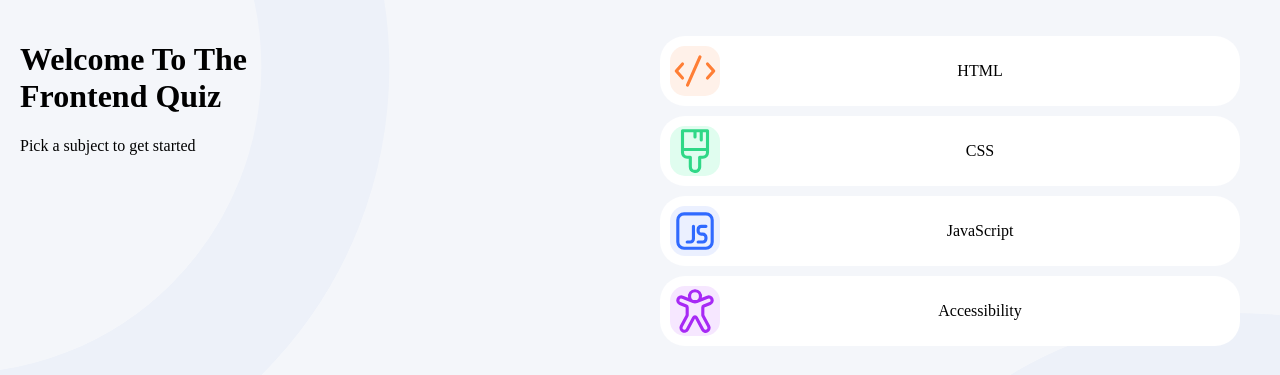
Repository: Daniel054311/Quiz-app-V1
Page: index.html
An editor plug-in stored every save of this project. The page is shown before and after the next save, followed by the edit.
The browser window is 1280 px wide. The pictures show the whole page.

Above is the page before, as saved 2024-01-28 15:39:00.

### index.html
<!DOCTYPE html>
<html lang="en">
<head>
    <meta charset="UTF-8">
    <meta name="viewport" content="width=device-width, initial-scale=1.0">
    <title>Document</title>
    <link rel="stylesheet" type="text/css" href="./asset/css/index.css">
</head>
<body>
    <div class="parent-container">
        <div class="left-container">
         <h1>Welcome To The <br><b>Frontend Quiz</b></h1>
         <p>Pick a subject to get started</p>

        </div>
        <div class="right-container">
            <div class="navigation">
                <ul>
                  <li class="image-item">
                    <img class="image" src="./asset/images/icon-html.svg" alt="" style="background-color: #fff1E9">
                <div class="content"><a href="#html">HTML</a></div>
                </li>
                  <li class="image-item">
                    <img class= "image" src="./asset/images/icon-css.svg"  alt="" style="background-color: #E0FDEF">
                <div class="content"><a href="#css">CSS</a></div>
                </li>
                  <li class="image-item">
                    <img class= "image" src="./asset/images/icon-js.svg" alt="" style="background-color: #EBF0FF">
                <div class="content"><a href="#javascript">JavaScript</a></div>
                </li>
                  <li class="image-item">
                    <img class= "image" src="./asset/images/icon-accessibility.svg" alt="" style= "background-color: #F6E7FF">
                    <div class="content"><a href="#accessibility">Accessibility</a></div>
                </li>
                </ul>
              </div>
        </div>









    </div>

</body>
</html>

### asset/css/index.css
body {
    margin: 0;
    display: flex;
    align-items: center;
    justify-content: center;
    height: 100vh;
  }

  .parent-container {
    display: flex;
    flex-direction:row;
    width: 100%;
    height:100%;
    background-image:url("../images/pattern-background-desktop-light.svg");
    background-size: cover;
    background-color:#f4f6fA;

  }

  .left-container {
    flex: 1;
    padding: 20px;
    text-align:left;/* Add a border between left and right containers */
  }

  .right-container {
    flex: 1;
    padding: 20px;
    text-align:right;
    display:flex;
    flex-direction:column;
  }

  .navigation ul {
    list-style: none;
    padding: 0;
    display: flex;
    flex-direction: column;
  }

  .navigation li {
    margin-right: 20px;
    margin-bottom: 10px;
    text-align: center;

     /* Add space between buttons */
  }

  .navigation a {
    display: block;
    padding: 10px;
    text-decoration: none;
    color: #000000;
    background-color: #ffffff;
    border: 1px solid #ffffff;
    border-radius: 5px;
  }

.image-item {
    display: flex;
    align-items: center;
    margin-bottom: 10px; /* Add spacing between items */
    padding: 10px;
    background-color:#ffffff;
    border-radius: 25px;
  }

  .image {
    width: 50px;
    height: 50px;
    border-radius:15px;
    margin-right: 5px;

  }

  .content {
    flex: 1;
    margin-left: 5px; /* Allow content to fill remaining space */
  }



  /* .header.h1 {
    text-align: center;
    font-weight: 500;
    font-size:25px;

  }
   */
  /* .user-controls {
    /* Add styles for user controls if needed */
  /* }

  .navigation {
    text-align: center;
  }

  .navigation ul {
    list-style: none;
    padding: 0;
    flex-direction: column;
    align-items:center
  }

  .navigation li {
    margin-bottom: 10px;
  }
   */



  /* .navigation a:hover {
    background-color: #ddd;
  } */

After the next save:
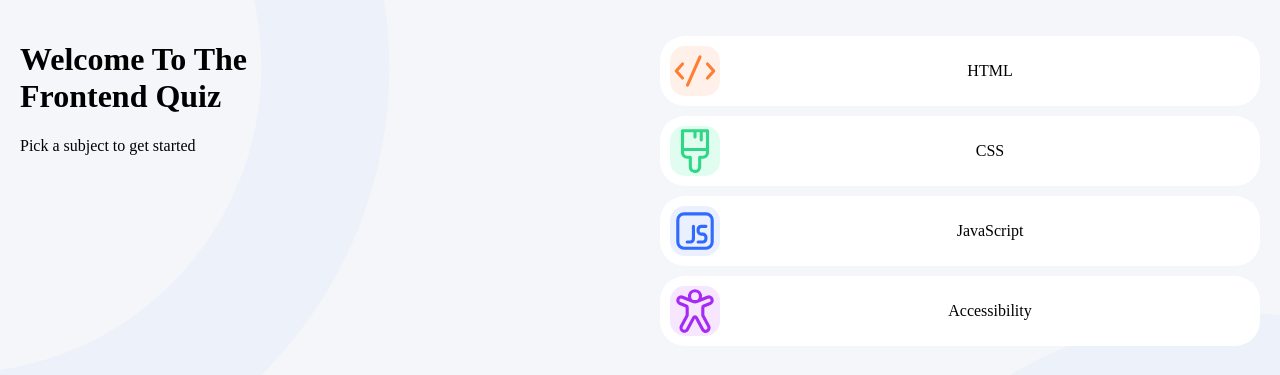
Saved 24 s later.
--- a/asset/css/index.css
+++ b/asset/css/index.css
@@ -39,7 +39,7 @@ body {
   }
 
   .navigation li {
-    margin-right: 20px;
+    margin-right: 0px;
     margin-bottom: 10px;
     text-align: center;
 
